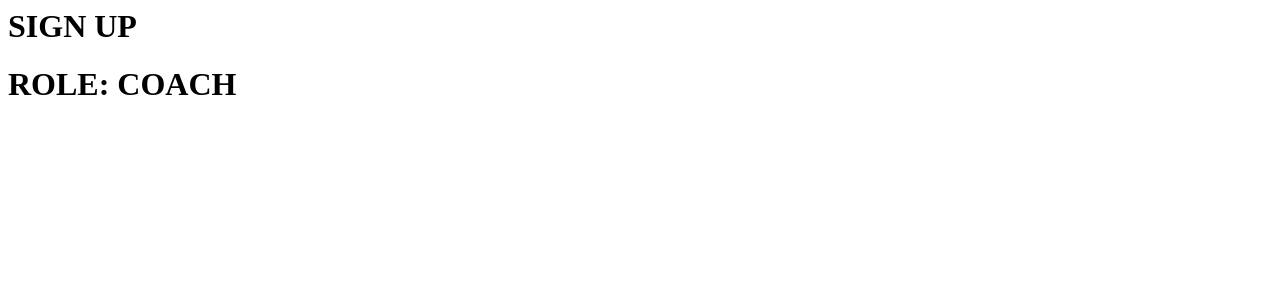
Repository: Aryaholmukhe/treasureHacks
Page: signup/coach.html
These files come from the project's save history. The page is drawn as it stood at one moment and after the next save; the edit follows.
The browser window is 1280 px wide. The pictures show the whole page.

Above is the page before, as saved 2022-03-26 12:34:07.

### signup/coach.html
<html lang="en">
<head>
    <meta charset="UTF-8">
    <meta http-equiv="X-UA-Compatible" content="IE=edge">
    <meta name="viewport" content="width=device-width, initial-scale=1.0">
    <title>COACH SIGN UP</title>
</head>
<body>
    <div>
        <h1>SIGN UP</h1>
    </div>

    <h1>ROLE: COACH</h1>

    <form>
        <label></label>

    </form>
</html>

After the next save:
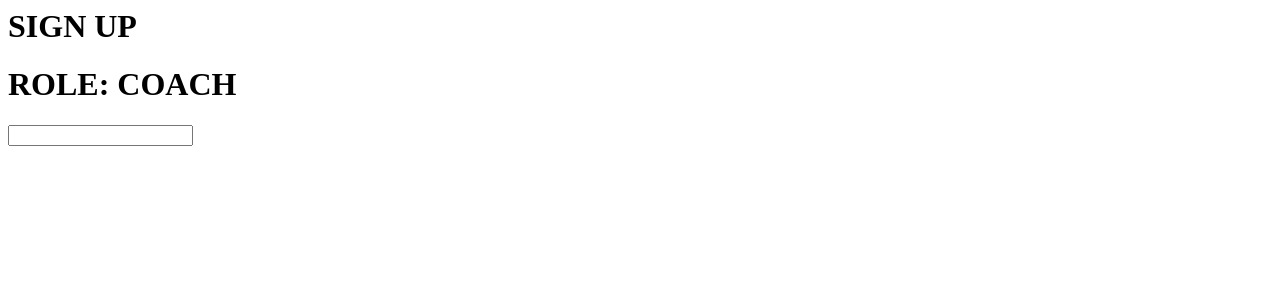
Saved 6 s later.
--- a/signup/coach.html
+++ b/signup/coach.html
@@ -14,6 +14,8 @@
 
     <form>
         <label></label>
+        <input>
 
+        <la
     </form>
 </html>
